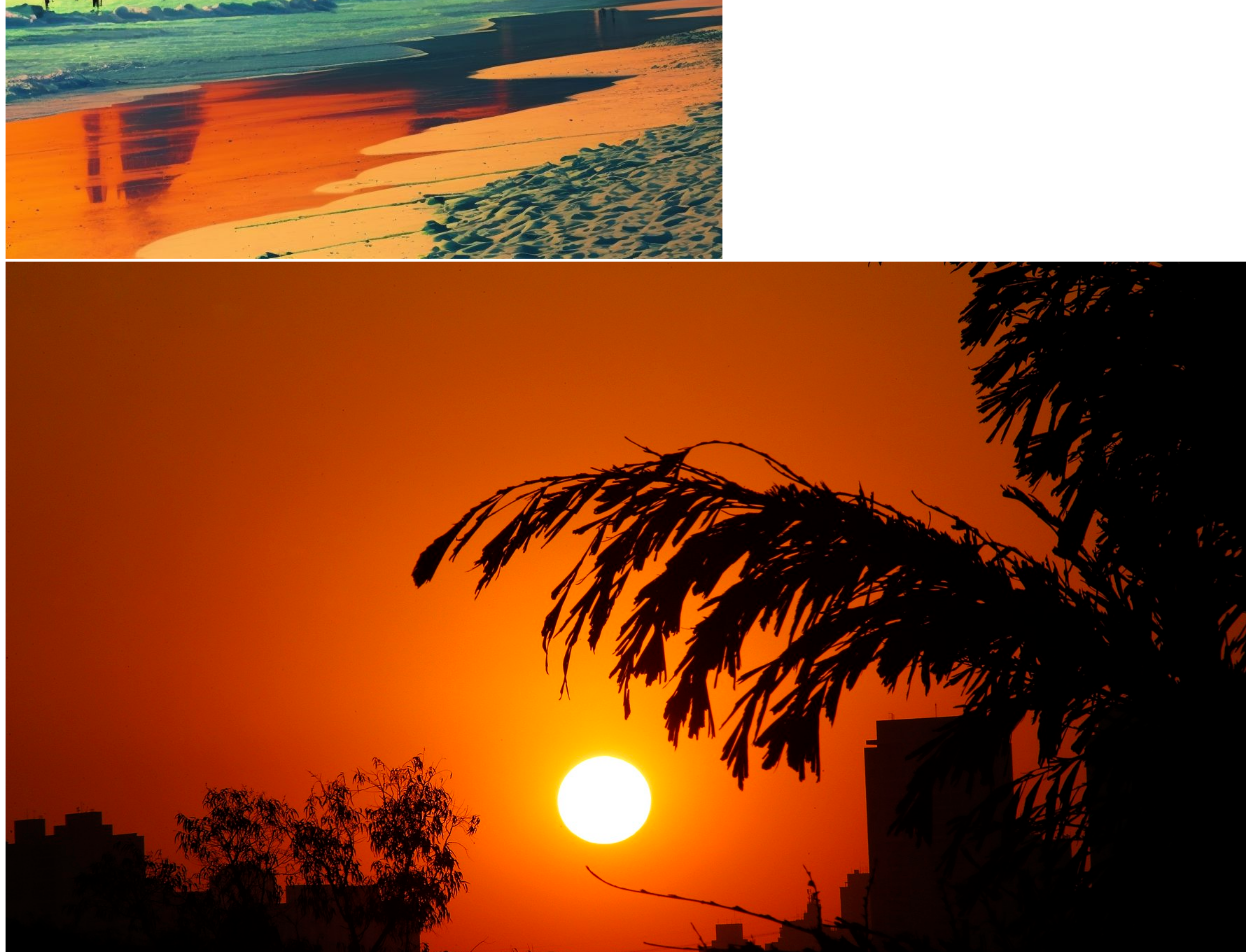
Repository: Thichi99/BootcampGen75
Page: Familia75/index.html
The author's editor kept a copy of each file at every save. The page is drawn from the files as they stood at one save, then again after a run of saves.
The browser window is 1280 px wide. The page is 1780 px wide, then 1280 px, so the pictures cover 1780 px, including what lies to the right of the window. The pictures show the part of the page from y = 2267 to 3627 px (the page is 3834 px tall before and 2649 px after), at 70% of full size.

Above is the page before, as saved 2024-07-26 11:55:13.

After the next 2 saves:
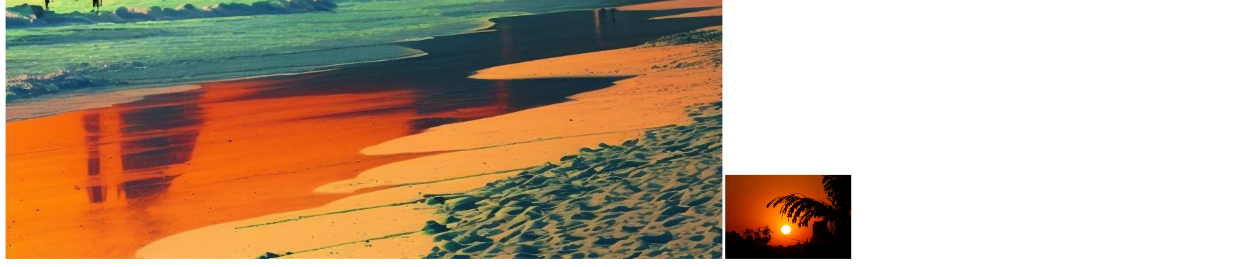
The 2 saves are shown as one change because they came seconds apart.
The last was saved 19 s later.
--- a/Familia75/index.html
+++ b/Familia75/index.html
@@ -122,7 +122,7 @@ pessoas ao redor do globo.
    <h2>Trabalhando com imagens</h2>
    <div id="imagem1">
     <img src="./imagens/copacabana.png">
-    <img src="./imagens/sol.jpg" height=""
+    <img src="./imagens/sol.jpg" height="120"
    </div>
 </body>
 </html>
